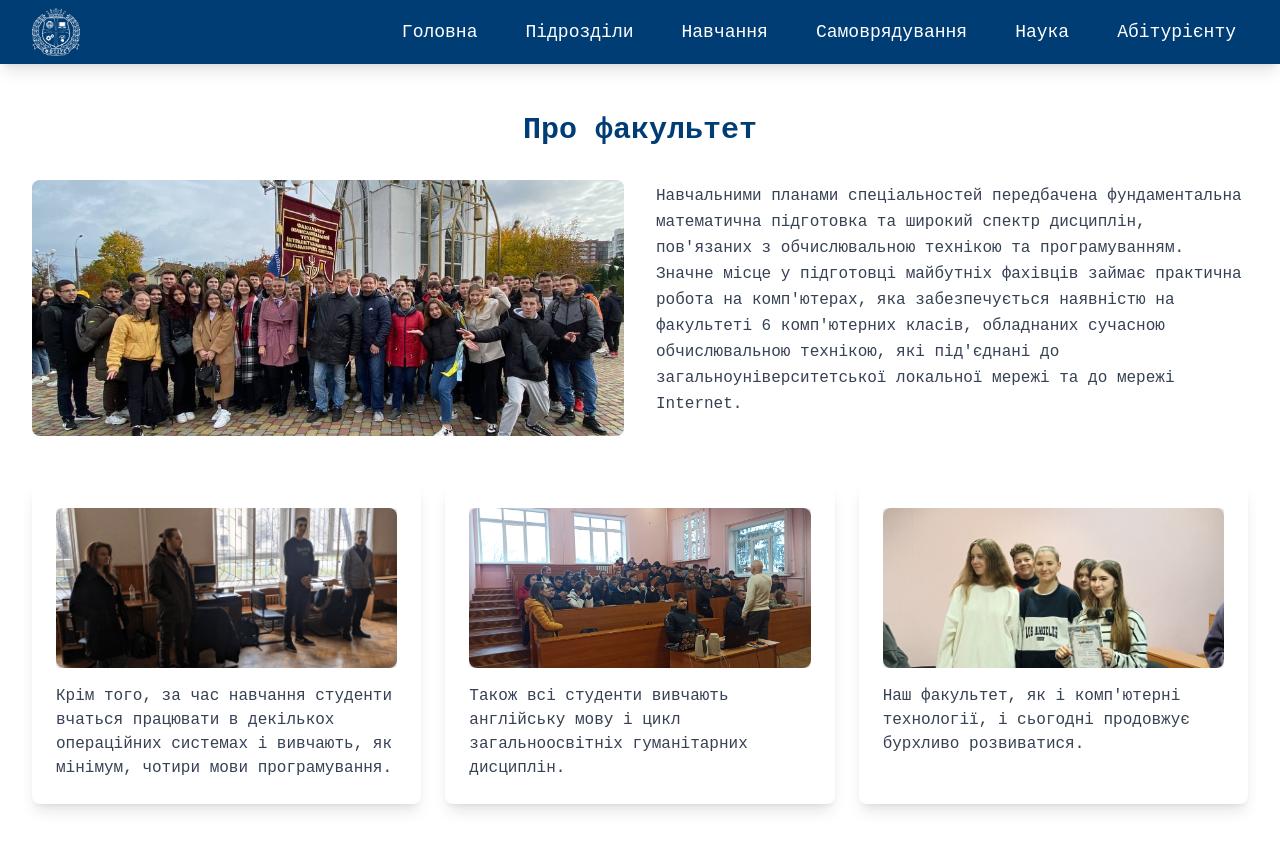
Repository: k-jdev/FOTIUS
Page: /
The author's editor kept a copy of each file at every save. The page is drawn from the files as they stood at one save, then again after the next save.
The browser window is 1280 px wide. The pictures show the whole page.
The project was rebuilt for these pictures with package versions that can differ from the ones it lists, and the page was loaded fresh each time. Also part of the build but not shown: vite.config.js.

Above is the page before, as saved 2025-04-04 15:18:18.

After the next save:
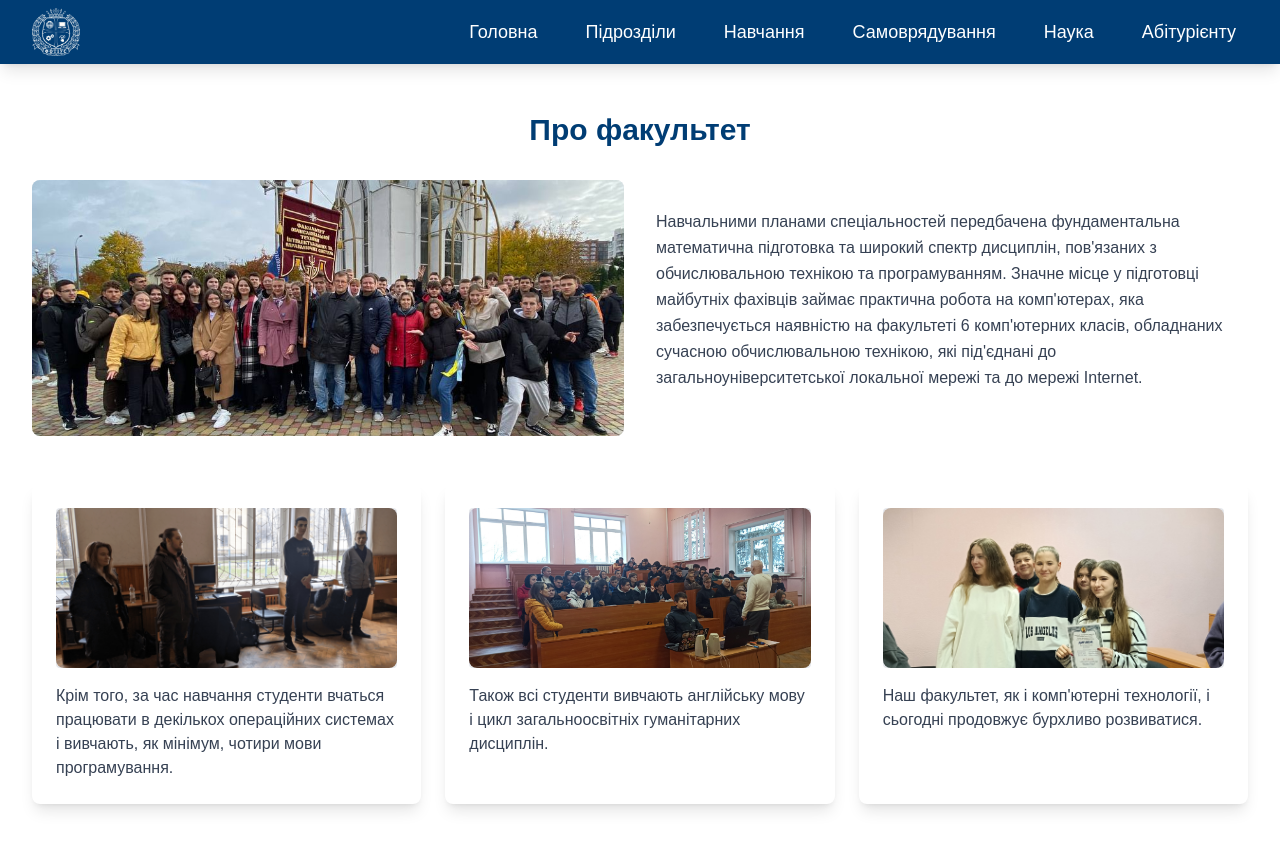
Saved 12 s later.
--- a/src/index.css
+++ b/src/index.css
@@ -2,6 +2,6 @@
 @import url("https://fonts.googleapis.com/css2?family=Nunito:ital,wght@0,200..1000;1,200..1000&display=swap");
 
 html {
-  font-family: "Roboto Mono", monospace;
+  font-family: "Nunito", sans-serif;
   font-weight: 500;
 }
